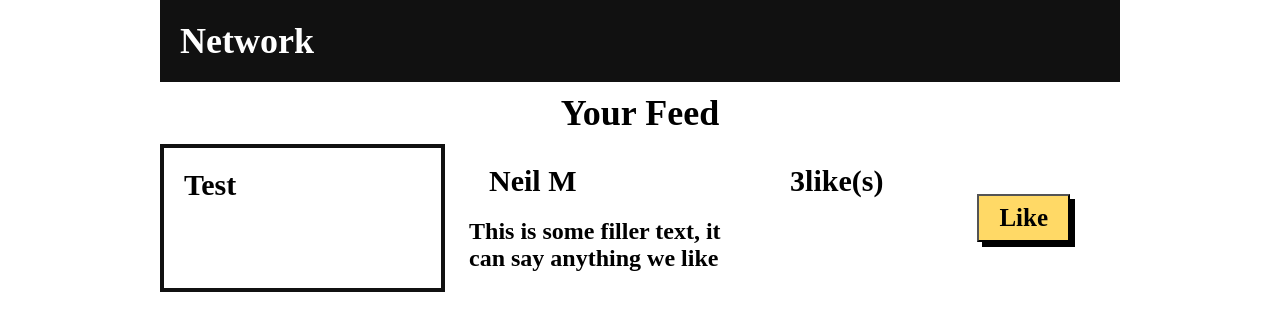
Repository: Blender20/liking_likes
Page: index.html
The author's editor kept a copy of each file at every save. The page is drawn from the files as they stood at one save, then again after the next save.
The browser window is 1280 px wide. The pictures show the whole page.
Some web fonts or font styles are not loaded; a fallback is used.

Above is the page before, as saved 2022-03-29 23:35:56.

### index.html
<!DOCTYPE html>
<html lang="en">

<head>
  <meta charset="UTF-8">
  <meta http-equiv="X-UA-Compatible" content="IE=edge">
  <meta name="viewport" content="width=device-width, initial-scale=1.0">
  <link rel="stylesheet" href="style.css">
  <title>Document</title>
</head>

<body>
  <nav>
    <h1>Network</h1>
  </nav>
  <div class="feed">
    <h1>Your Feed</h1>
  </div>
  <div class="container flex">
    <div class="leftColumn">
      <h3>Test</h2>
    </div>

    <div class="user">
      <h3>Neil M</h3>
      <h2>This is some filler text, it can say anything we like</h2>
    </div>


    <h3><span id="likeCount">3</span> like(s)</h3>
    <button onclick="addLike()" id="like">Like</button>

  </div>
  </div>
  </div>
  </div>
  </div>
  <script src="script.js"></script>
</body>

</html>

### style.css
@import url('https://fonts.googleapis.com/css2?family=Balsamiq+Sans:ital,wght@0,400;0,700;1,700&display=swap');
  *{
  padding: 0;
  margin: 0;
  box-sizing: border-box;
  font-family: 'Balsamiq Sans', cursive;
}

.flex {
  display: flex;
  justify-content: space-between;
  align-self: center;
  gap:1.5em;
}
nav{
  min-height: 70px;
  background-color: #111;
  display: block;
  width: 75%;
  margin: 0 auto;

  color: #fff;
  font-family: "balsamiq Sans";
  padding: 10px
}
.container {
  margin: 0 auto;
  width: 75%
}

 .leftColumn{
  border: 4px solid #111;
  margin-top: 50px;

  flex:1;
  margin: 0 auto;
 }


.user{
 flex: 1;
}
.right {
  flex: 1;
  justify-self: space-between;
}
.rightBottom {
min-height: 50px
margin-right: 20px;
}

h1 {

  font-size: 36px;
  padding: 10px;
}
.feed {
  text-align: center;
  justify-content: center;
}
h3 {
  padding: 20px;
  font-size: 30px;
  display:inline-flex


}
#like {
  background-color: #FFD966;
  padding: 8px 20px;
  margin: 50px;
  font-weight: 900;
  font-size: 25px;
  box-shadow: 5px 5px;
  align-self: top;
}

### script.js
var likeCount = document.querySelector('#likeCount')
console.log(likeCount)
function addLike() {

  likeCount.innerText++;

}

After the next save:
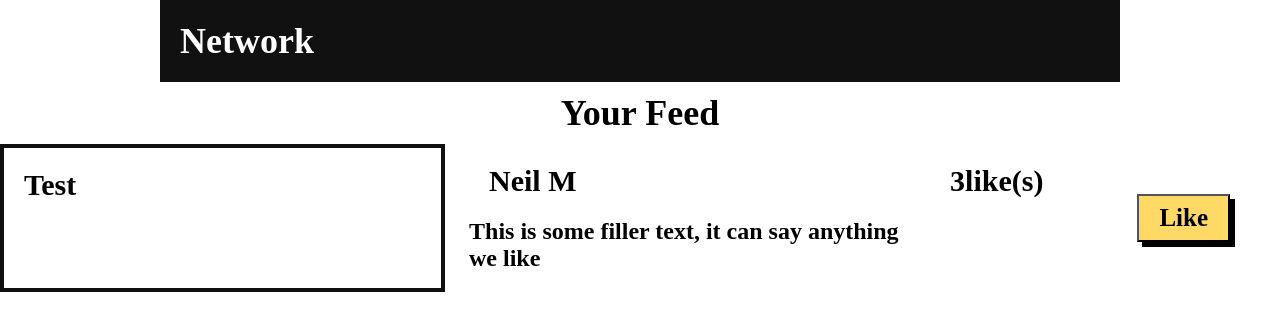
Saved 12 s later.
--- a/style.css
+++ b/style.css
@@ -26,6 +26,11 @@
 .container {
   margin: 0 auto;
   width: 75%
+  border: 4px solid #111;
+  margin-top: 1px;
+  /* width:550px; */
+  /* flex:2; */
+  margin: 0 auto;
 }
 
  .leftColumn{

After the save that followed:
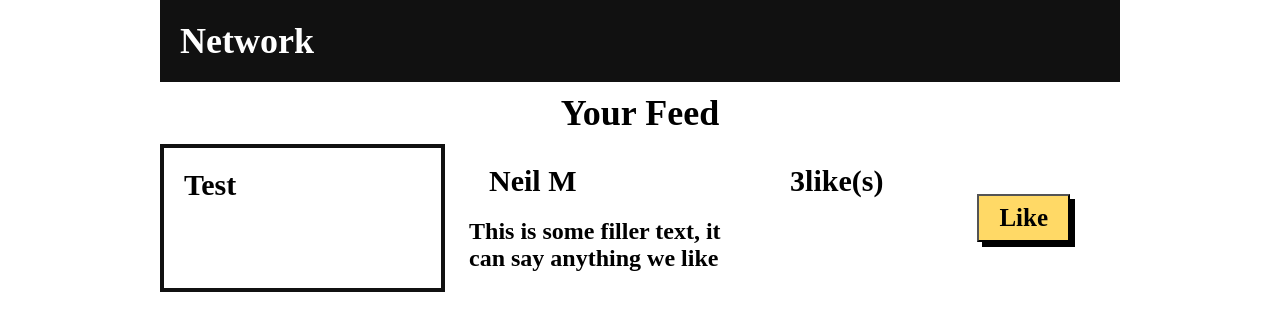
Saved 10 s later.
--- a/style.css
+++ b/style.css
@@ -26,11 +26,7 @@
 .container {
   margin: 0 auto;
   width: 75%
-  border: 4px solid #111;
-  margin-top: 1px;
-  /* width:550px; */
-  /* flex:2; */
-  margin: 0 auto;
+
 }
 
  .leftColumn{
